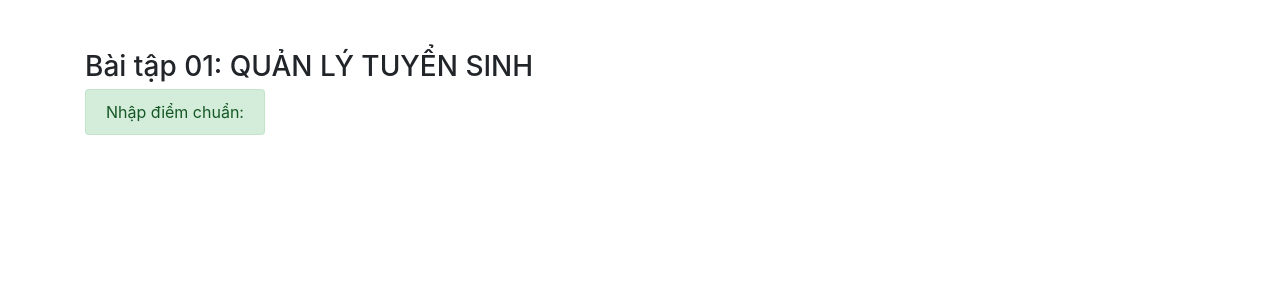
Repository: ducdatit2002/javascript-tinh-day15
Page: index.html
The author's editor kept a copy of each file at every save. The page is drawn from the files as they stood at one save, then again after the next save.
The browser window is 1280 px wide. The pictures show the whole page.

Above is the page before, as saved 2023-08-19 23:31:22.

### index.html
<!DOCTYPE html>
<html lang="en">
  <head>
    <title>HOMEWORK BUỔI 15 - JAVASCRIPT</title>
    <!-- Required meta tags -->
    <meta charset="utf-8" />
    <meta
      name="viewport"
      content="width=device-width, initial-scale=1, shrink-to-fit=no"
    />

    <!-- Bootstrap CSS -->
    <link
      rel="stylesheet"
      href="https://stackpath.bootstrapcdn.com/bootstrap/4.3.1/css/bootstrap.min.css"
      integrity="sha384-ggOyR0iXCbMQv3Xipma34MD+dH/1fQ784/j6cY/iJTQUOhcWr7x9JvoRxT2MZw1T"
      crossorigin="anonymous"
    />
  </head>
  <body>
    <div class="container" style="margin-bottom: 500px; margin-top: 50px;">
        <div class="baiTap1">
            <h3>Bài tập 01: QUẢN LÝ TUYỂN SINH</h3>
            <div class="row mt-3">
                <div class="col-4">
                    <span class="alert alert-success">Nhập điểm chuẩn:</span>

                </div>
            </div>
        </div>
    </div>
    <!-- Optional JavaScript -->
    <!-- jQuery first, then Popper.js, then Bootstrap JS -->
    <script
      src="https://code.jquery.com/jquery-3.3.1.slim.min.js"
      integrity="sha384-q8i/X+965DzO0rT7abK41JStQIAqVgRVzpbzo5smXKp4YfRvH+8abtTE1Pi6jizo"
      crossorigin="anonymous"
    ></script>
    <script
      src="https://cdnjs.cloudflare.com/ajax/libs/popper.js/1.14.7/umd/popper.min.js"
      integrity="sha384-UO2eT0CpHqdSJQ6hJty5KVphtPhzWj9WO1clHTMGa3JDZwrnQq4sF86dIHNDz0W1"
      crossorigin="anonymous"
    ></script>
    <script
      src="https://stackpath.bootstrapcdn.com/bootstrap/4.3.1/js/bootstrap.min.js"
      integrity="sha384-JjSmVgyd0p3pXB1rRibZUAYoIIy6OrQ6VrjIEaFf/nJGzIxFDsf4x0xIM+B07jRM"
      crossorigin="anonymous"
    ></script>
    <script src="./index.js"></script>
  </body>
</html>

Loaded but not shown: index.js (no copy from this time; the picture is the same without it)

After the next save:
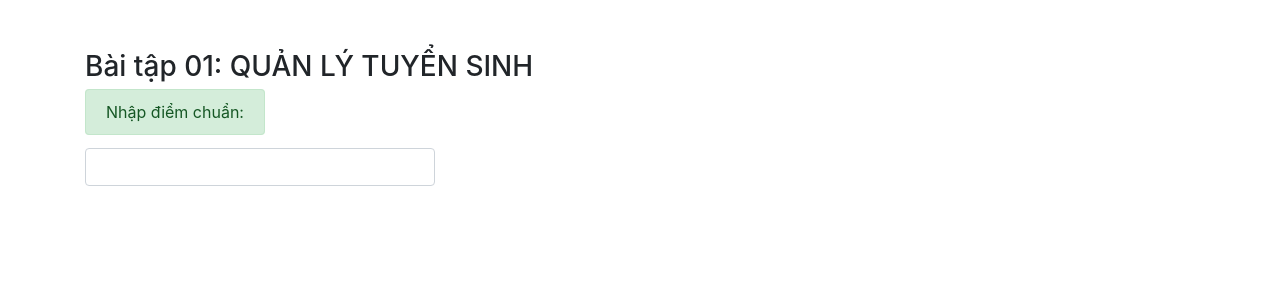
Saved 15 s later.
--- a/index.html
+++ b/index.html
@@ -24,7 +24,10 @@
             <div class="row mt-3">
                 <div class="col-4">
                     <span class="alert alert-success">Nhập điểm chuẩn:</span>
-
+                    <div class="form-group">
+                          <label for=""></label>
+                          <input type="text" class="form-control" id="" placeholder="" />
+                        </div>
                 </div>
             </div>
         </div>

After the save that followed:
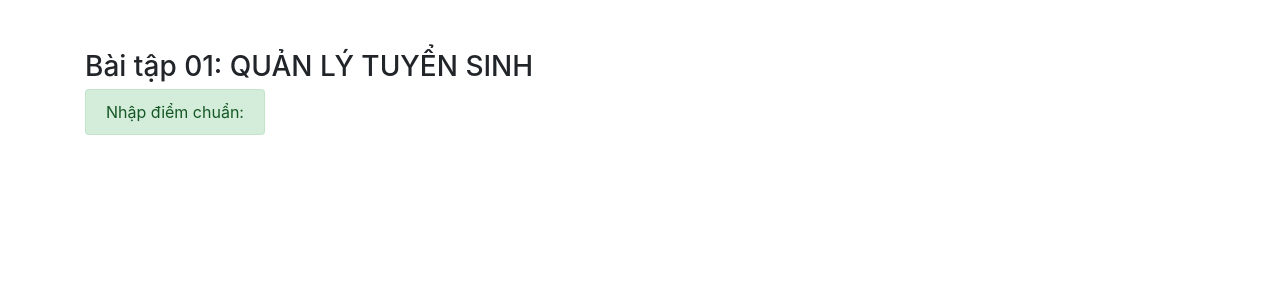
Saved 10 min 33 s later.
--- a/index.html
+++ b/index.html
@@ -24,10 +24,7 @@
             <div class="row mt-3">
                 <div class="col-4">
                     <span class="alert alert-success">Nhập điểm chuẩn:</span>
-                    <div class="form-group">
-                          <label for=""></label>
-                          <input type="text" class="form-control" id="" placeholder="" />
-                        </div>
+
                 </div>
             </div>
         </div>
